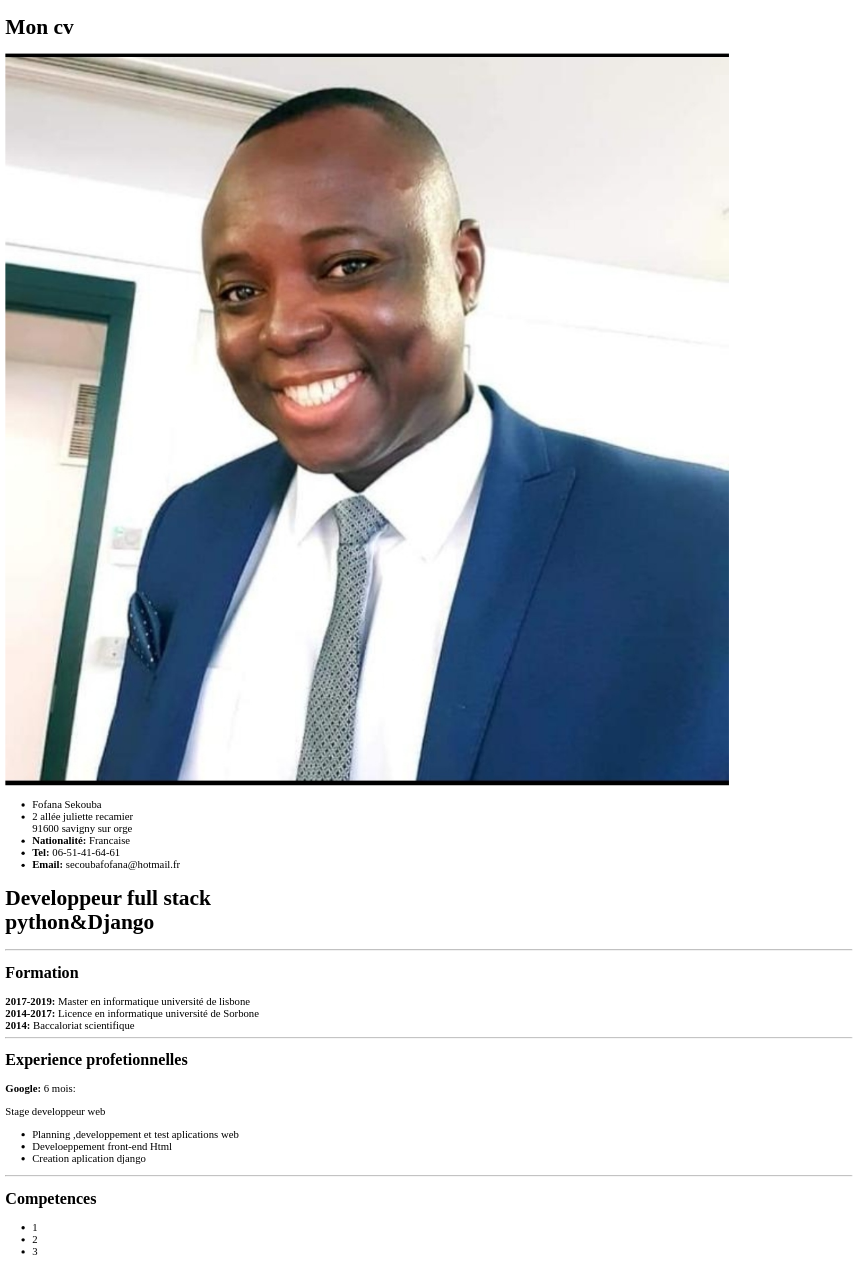
Repository: lamdakara/cv-html
Page: index.html
These files come from the project's save history. The page is drawn as it stood at one moment and after the next save; the edit follows.
The browser window is 1280 px wide. The pictures show the whole page, at 67% of full size.

Above is the page before, as saved 2023-08-22 01:25:25.

### index.html
<!DOCTYPE html>
<html lang="fr">
<head>
    <meta charset="UTF-8">
    <meta name="viewport" content="width=device-width, initial-scale=1.0">
    <title>Cv-html-Sekouba</title>
</head>
<body>
    <h1>Mon cv</h1>
    <div>
        <img src="profil.jpg/1661794008238.jpg" alt="image de profil">
    <ul>
        <li>Fofana Sekouba</li>
        <li>2 allée juliette recamier <br>91600 savigny sur orge </li>
        <li><strong>Nationalité:</strong> Francaise</li>
        <li><strong>Tel:</strong> 06-51-41-64-61</li>
        <li><strong>Email:</strong> secoubafofana@hotmail.fr</li>
    </ul>
</div>
    <!-- titre h1 -->
    <h1>Developpeur full stack  <br> python&Django</h1>

    <hr>
    <div>
    <h2>Formation</h2>
    <strong>2017-2019:</strong>
    <span>Master en informatique université de lisbone</span>

    <br>

    <strong>2014-2017:</strong>
    <span>Licence en informatique université de Sorbone</span>

    <br>

    <strong>2014:</strong>
    <span>Baccaloriat scientifique</span>

    </div>
    <div>
    <hr>
    <div>
    <h2>Experience profetionnelles</h2>
    <strong>Google:</strong>
    <span>6 mois:</span>
    <p>Stage developpeur web</p>
    <ul>
        <li>Planning ,developpement et test aplications web</li>
        <li>Develoeppement front-end Html</li>
        <li>Creation aplication django</li>
    </ul>
    </div>

 <div>
    <hr>

    <h2>Competences</h2>
    <ul>
        <li>1</li>
        <li>2</li>
        <li>3</li>
    </ul>
</div>
</body>
</html>

After the next save:
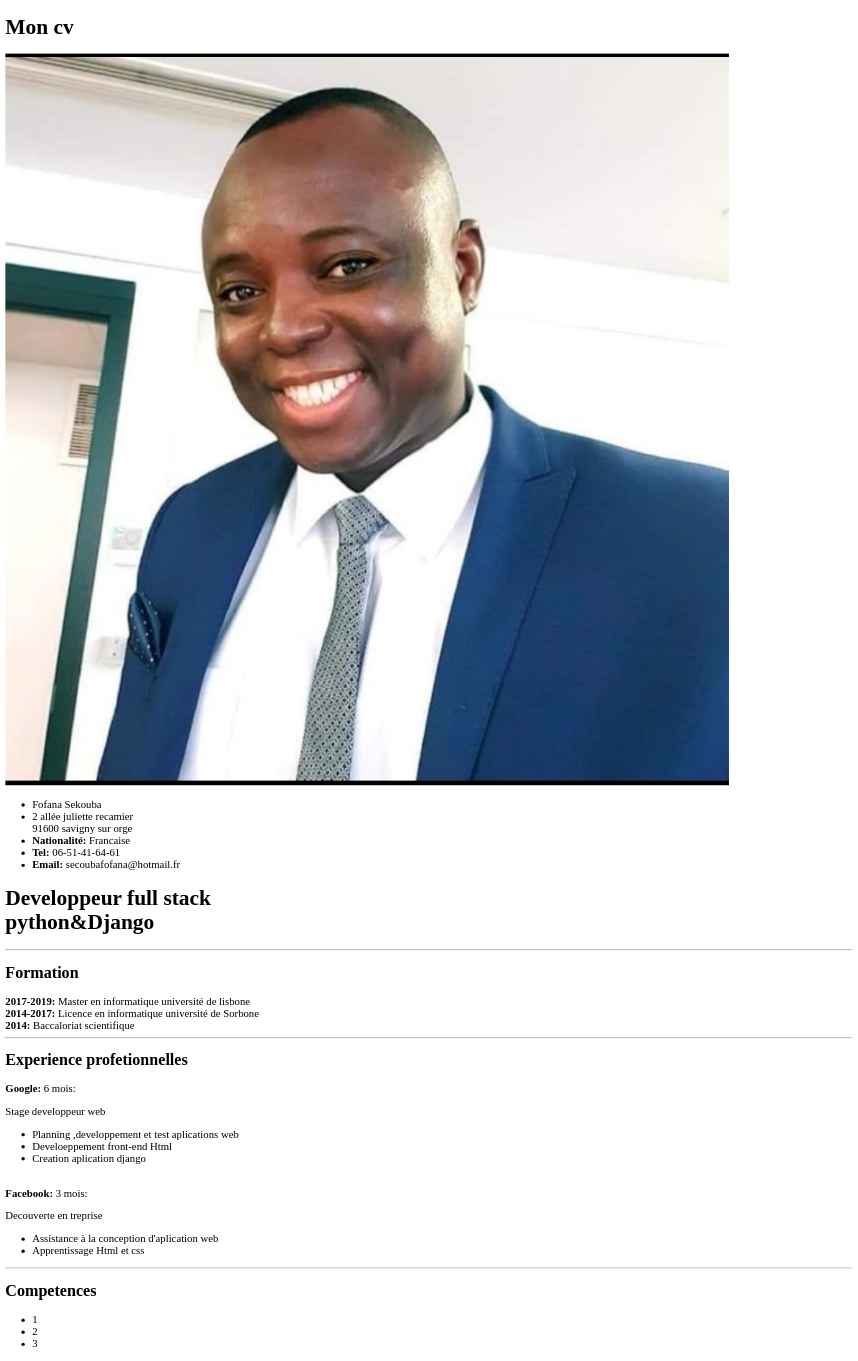
Saved 3 min 55 s later.
--- a/index.html
+++ b/index.html
@@ -49,7 +49,18 @@
         <li>Develoeppement front-end Html</li>
         <li>Creation aplication django</li>
     </ul>
+    <br>
+
     </div>
+
+    <strong>Facebook:</strong>
+    <span>3 mois:</span>
+    <p>Decouverte en treprise</p>
+    <ul>
+        <li>Assistance à la conception d'aplication web</li>
+        <li>Apprentissage Html et css </li>
+
+    </ul>
 
  <div>
     <hr>
